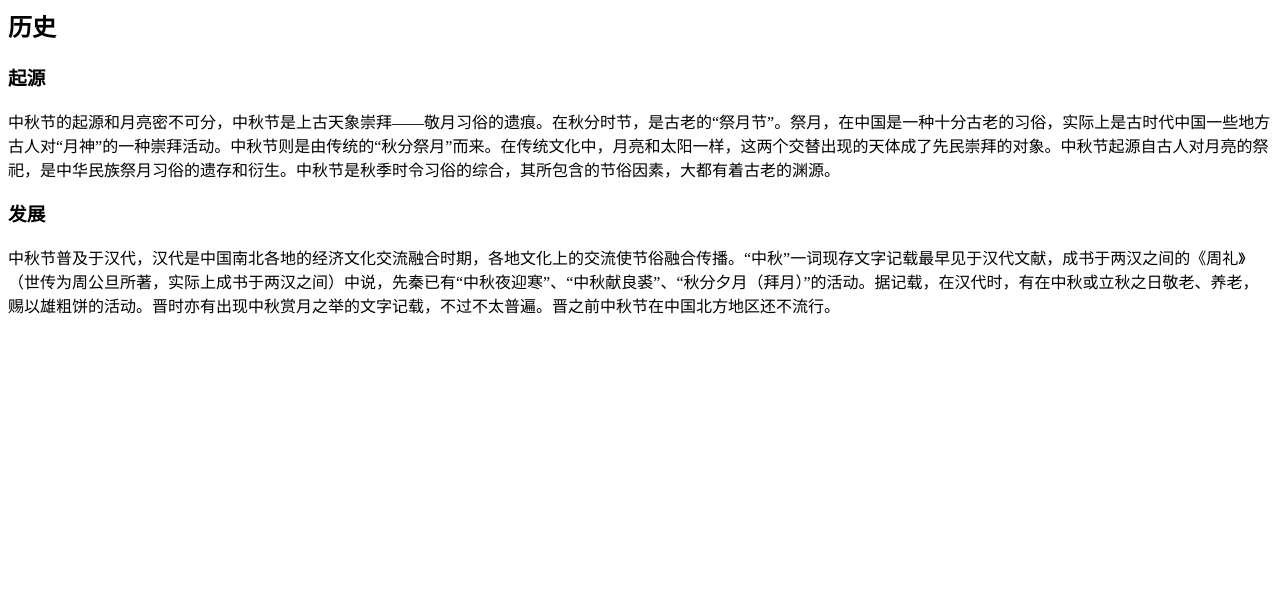
Repository: XueJie1/computer-operation-basics
Page: pages/midautumn/history.html
The author's editor kept a copy of each file at every save. The page is drawn from the files as they stood at one save, then again after the next save.
The browser window is 1280 px wide. The pictures show the whole page.

Above is the page before, as saved 2023-09-04 22:22:17.

After the next save:
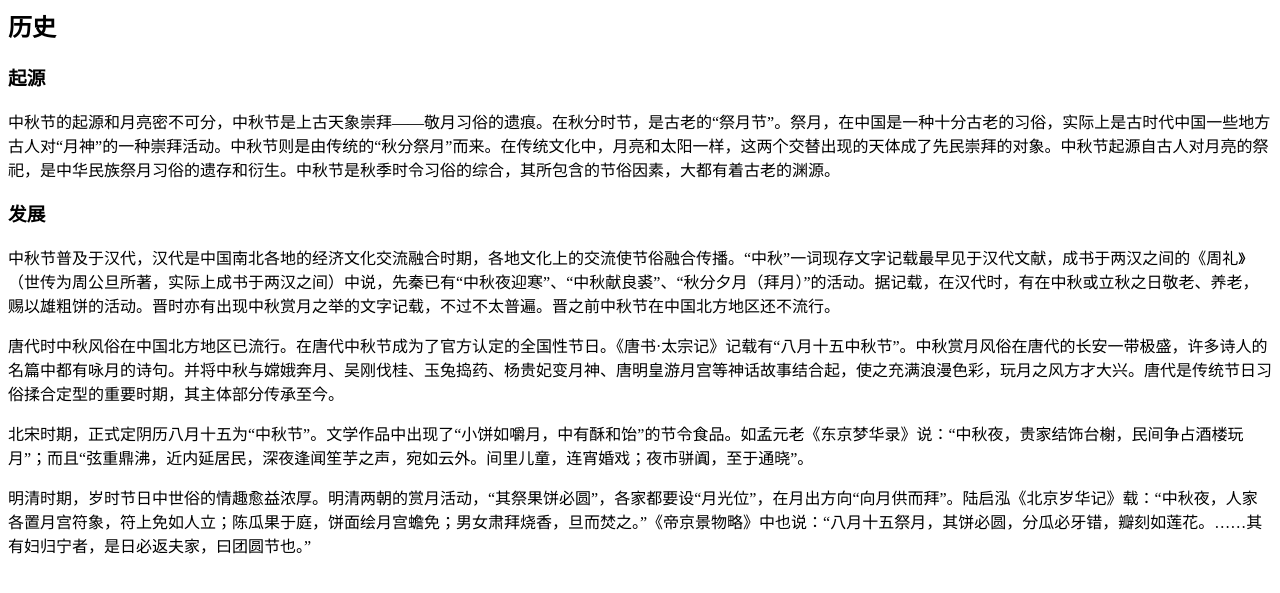
Saved 54 s later.
--- a/pages/midautumn/history.html
+++ b/pages/midautumn/history.html
@@ -5,3 +5,9 @@
 <h3>发展</h3>
 <p>中秋节普及于汉代，汉代是中国南北各地的经济文化交流融合时期，各地文化上的交流使节俗融合传播。“中秋”一词现存文字记载最早见于汉代文献，成书于两汉之间的《周礼》（世传为周公旦所著，实际上成书于两汉之间）中说，先秦已有“中秋夜迎寒”、“中秋献良裘”、“秋分夕月（拜月）”的活动。据记载，在汉代时，有在中秋或立秋之日敬老、养老，赐以雄粗饼的活动。晋时亦有出现中秋赏月之举的文字记载，不过不太普遍。晋之前中秋节在中国北方地区还不流行。
 </p>
+<p>唐代时中秋风俗在中国北方地区已流行。在唐代中秋节成为了官方认定的全国性节日。《唐书·太宗记》记载有“八月十五中秋节”。中秋赏月风俗在唐代的长安一带极盛，许多诗人的名篇中都有咏月的诗句。并将中秋与嫦娥奔月、吴刚伐桂、玉兔捣药、杨贵妃变月神、唐明皇游月宫等神话故事结合起，使之充满浪漫色彩，玩月之风方才大兴。唐代是传统节日习俗揉合定型的重要时期，其主体部分传承至今。
+</p>
+<p>北宋时期，正式定阴历八月十五为“中秋节”。文学作品中出现了“小饼如嚼月，中有酥和饴”的节令食品。如孟元老《东京梦华录》说：“中秋夜，贵家结饰台榭，民间争占酒楼玩月”；而且“弦重鼎沸，近内延居民，深夜逢闻笙芋之声，宛如云外。间里儿童，连宵婚戏；夜市骈阗，至于通晓”。
+</p>
+<p>明清时期，岁时节日中世俗的情趣愈益浓厚。明清两朝的赏月活动，“其祭果饼必圆”，各家都要设“月光位”，在月出方向“向月供而拜”。陆启泓《北京岁华记》载：“中秋夜，人家各置月宫符象，符上免如人立；陈瓜果于庭，饼面绘月宫蟾免；男女肃拜烧香，旦而焚之。”《帝京景物略》中也说：“八月十五祭月，其饼必圆，分瓜必牙错，瓣刻如莲花。……其有妇归宁者，是日必返夫家，曰团圆节也。”
+</p>
